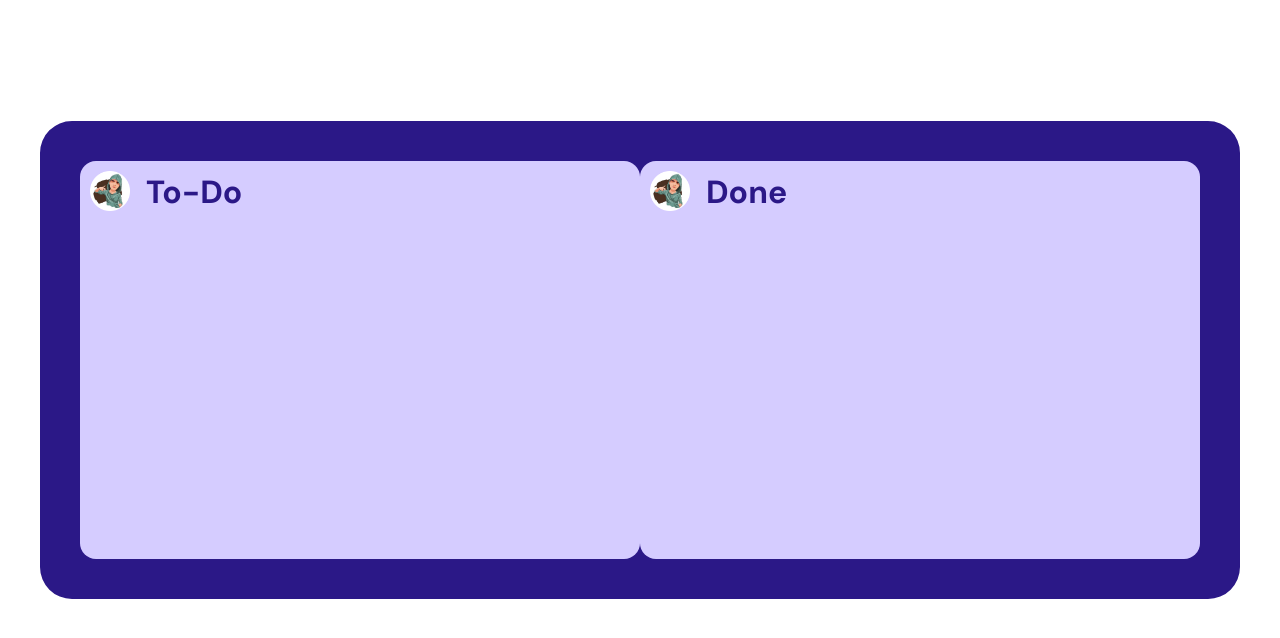
Repository: VitasYo/Kanban
Page: index.html
An editor plug-in stored every save of this project. The page is shown before and after the next save, followed by the edit.
The browser window is 1280 px wide. The pictures show the whole page.

Above is the page before, as saved 2024-04-14 23:24:47.

### index.html
<!DOCTYPE html>
<html lang="en">
<head>
  <meta charset="UTF-8">
  <meta name="viewport" content="width=device-width, initial-scale=1.0">
  <link rel="stylesheet" href="./src/assets/css/index.css">
  <title>To-Do-List-Kanban</title>
</head>
<body>
  <main class="kanban">
    <section class="kanban__column kanban__column--to-do">
      <div class="kanban__title_and_icon">
        <img height=40 width=40 src="src/assets/img/Avatar.jpg" alt="Аватар">
        <h2 class="kanban__title">To-Do</h2>
      </div>

    </section>

    <section class="kanban__column kanban__column--done">
      <div class="kanban__title_and_icon">
        <img height=40 width=40 src="src/assets/img/Avatar.jpg" alt="Аватар">
        <h2 class="kanban__title">Done</h2>
      </div>
    </section>
  </main>
  </body>
<script src="./src/assets/js/index.js"></script>
</html>

### src/assets/css/index.css
@import url('https://fonts.googleapis.com/css2?family=DM+Sans:opsz,wght@9..40,100;9..40,200;9..40,300;9..40,400;9..40,500;9..40,600;9..40,700;9..40,800;9..40,900;9..40,1000&display=swap');
@import './component/_kanban.css';
@import './_media.css';



* {
  font-family: 'DM Sans', sans-serif;
}

* {
  box-sizing: border-box;
  margin: 0;
  padding: 0;
}

body {
  font-family: 'Arial', sans-serif;
  background-color: white;
  color: white;
  display: flex;
  flex-direction: column;
  min-height: 100vh;
}


.header__title,
.footer__text {
  margin: 0;
  padding: 10px 0;
}

.container {
  width: 100%;
  padding-right: 15px;
  padding-left: 15px;
  margin-right: auto;
  margin-left: auto;
}

### src/assets/css/component/_kanban.css
.kanban {
    display: flex;
    flex-wrap: wrap;
    justify-content: space-around;
    flex-grow: 1;
    flex: 0 0 100%;
    border-radius: 32px;
    border: 40px solid #2B1887;
    background-color: #2B1887;
    display: grid;
    grid-template-columns: 1fr 1fr;
    margin: auto;
    padding-inline: ;
}

.kanban__column {
    height: 398px;
    width: 560px;
    background-color: #D5CCFF;
    border-radius: 16px;
    padding: 10px;
}

.kanban__title {
    color: #2B1887;
    font-size: 32px;
    margin-bottom: 24px;
    padding-left: 16px;
}

.kanban__title_and_icon {
    display: flex;
}

### src/assets/css/_media.css
@media (min-width: 576px) {
    .container {
        max-width: 540px;
    }
}

@media (min-width: 768px) {
    .container {
        max-width: 720px;
    }
}

@media (min-width: 992px) {
    .container {
        max-width: 960px;
    }
}

@media (min-width: 1200px) {
    .container {
        max-width: 1140px;
    }
}

@media (min-width: 1400px) {
    .container {
        max-width: 1320px;
    }
}

@media screen and (min-width: 640px) {
    .kanban__column {
        flex: 0 0 calc(33.333% - 20px);
    }
}

Loaded but not shown: src/assets/js/index.js (no stored copy; drawn as an empty file)

After the next save:
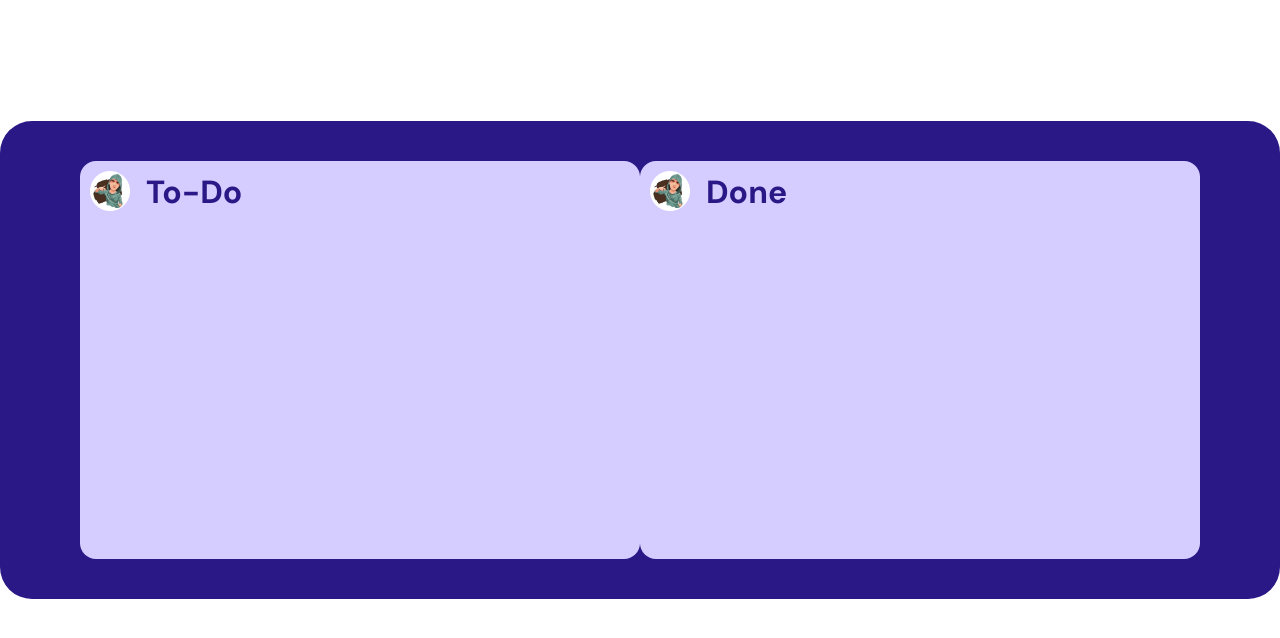
Saved 4 s later.
--- a/src/assets/css/component/_kanban.css
+++ b/src/assets/css/component/_kanban.css
@@ -10,7 +10,7 @@
     display: grid;
     grid-template-columns: 1fr 1fr;
     margin: auto;
-    padding-inline: ;
+    padding-inline: 40px;
 }
 
 .kanban__column {
